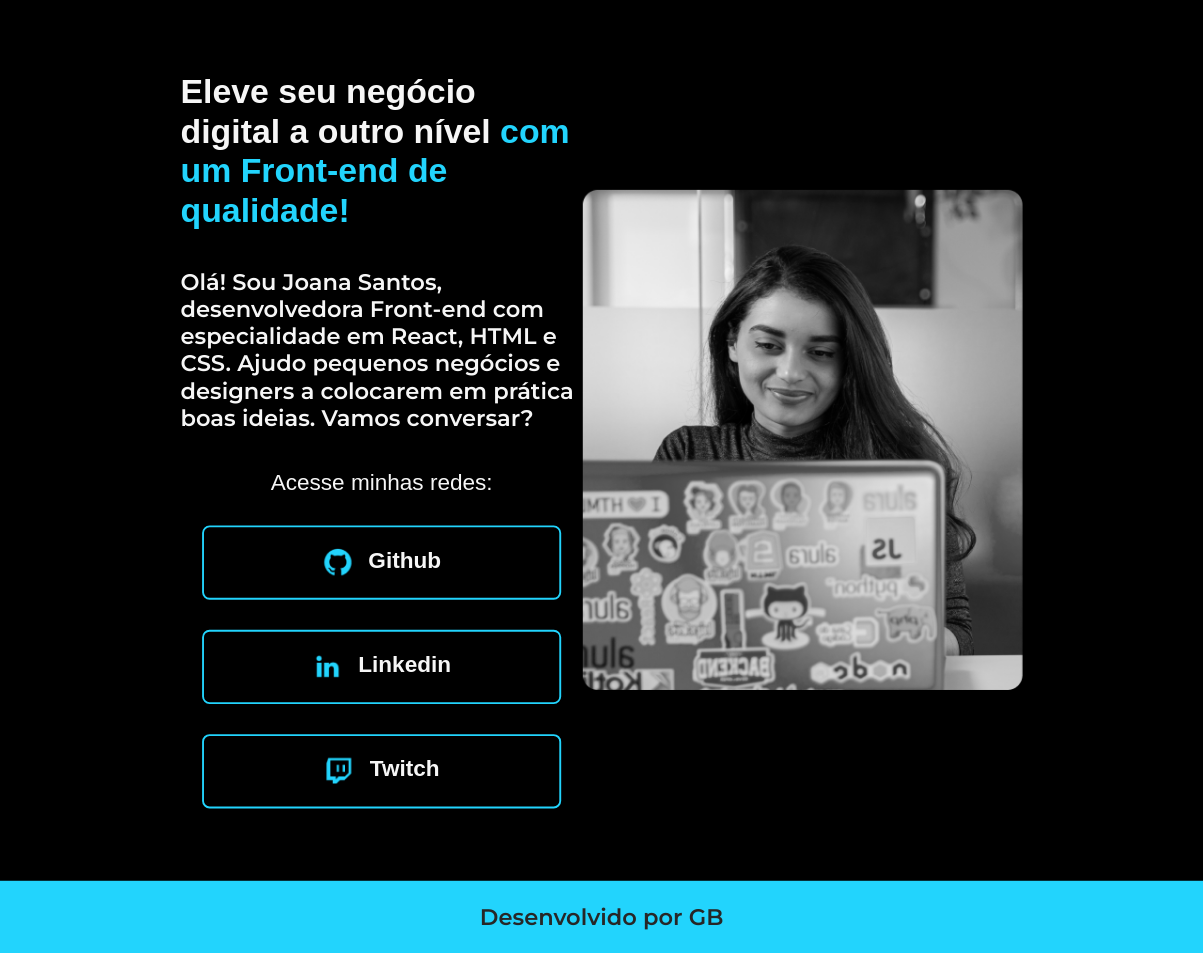
Repository: YoungAkira/CursoHtmlCss
Page: index.html
The author's editor kept a copy of each file at every save. The page is drawn from the files as they stood at one save, then again after the next save.
The browser window is 1280 px wide. The pictures show the whole page, at 94% of full size.
Some web fonts or font styles are not loaded; a fallback is used.

Above is the page before, as saved 2023-05-15 11:27:34.

### index.html
<!--ESSE PROJETO NÃO É DE MINHA AUTORIA, APENAS UTILIZO-O PARA FINS DIDÁTICOS-->
<!--CREDITOS: ALURA.COM-->

<!DOCTYPE html>
<html lang="pt-br">
<head>
    <meta charset="UTF-8">
    <meta http-equiv="X-UA-Compatible" content="IE=edge">
    <meta name="viewport" content="width=device-width, initial-scale=1.0">
    <title>Portfolio</title>
    <link rel="stylesheet" href="style.css">
</head>
<body>
    <header></header>
    <main class="apresentacao">
            <section class="apresentacao_conteudo">
                 <h1 class="apresentacao_conteudo_titulo">Eleve seu
                    negócio digital a outro nível <strong
                    class="titulo-destaque">com um Front-end de qualidade!</strong></h1>

                    <p class="apresentacao_conteudo_texto"> Olá! Sou Joana Santos, desenvolvedora Front-end
                        com especialidade em React, HTML e CSS. Ajudo
                        pequenos negócios e designers a colocarem em
                        prática boas ideias. Vamos conversar?</p>


                    <div class="apresentacao_links">
                        <h2 class="apresentacao_links_subtitulo">Acesse minhas redes:</h2>

                        <a class="apresentacao-links-link" href="github.com">
                            <img src="assets/github.png">
                            Github
                        </a>

                        <a class="apresentacao-links-link" href="linkedin.com">
                            <img src="./assets/linkedin.png">
                            Linkedin
                        </a>

                        <a class="apresentacao-links-link" href="twitch.tv">
                            <img src="./assets/twitch.png">
                            Twitch


                        </a>



                    </div>

            </section>
                    <img src="/assets/imagem.png" alt="Foto Joana Santos programando">
    </main>


    <footer class="rodape">
        <p>Desenvolvido por GB</p>
    </footer>
</body>
</html>

### style.css
@import url('https://fonts.googleapis.com/css2?family=Krona+One&family=Montserrat:wght@600&display=swap');

*{
    margin: 0;
    padding: 0;
}


body {
    background-color: black;
    box-sizing: border-box;
    color: #F6F6F6;
}


.titulo-destaque {
    color: #22D4FD;
}


.apresentacao{
    display: flex;
    align-items: center;
    justify-content: space-between;
    padding: 6% 15%;
}


.apresentacao_conteudo{
    width: 615px;
    display: flex;
    flex-direction: column;
    gap: 40px;
}


.apresentacao_conteudo_titulo{
    font-size: 36px;
    font-family: 'Krona One',sans-serif;
}


.apresentacao_conteudo_texto{
    font-size: 24px;
    font-family: 'Montserrat',sans-serif;
}


.apresentacao_links{
    display: flex;
    flex-direction: column;
    justify-content: space-between;
    align-items: center;
    gap: 32px;
}


.apresentacao_links_subtitulo{
    font-size: 24px;
    font-family: 'Krona One', sans-serif;
    font-weight: 400;


}


.apresentacao-links-link{
    display: flex;
    justify-content: center;
    gap:16px;
    border: 2px solid #22D4FD;
    width: 378px;
    text-align: center;
    border-radius: 8px;
    font-size: 24px;
    padding: 21.5px 0;
    text-decoration: none;
    color :#F6F6F6;
    font-family: 'Krona One',sans-serif;
    font-weight: 600;
}


.apresentacao-links-link:hover{
    background-color:#272727;
    padding: 3%;
}


.rodape{
    color: #272727;
    background-color: #22D4FD;
    text-align:center;
    padding: 24PX;
    font-family: 'Montserrat', sans-serif;
    font-size: 24px;
    font-weight: 400;
}

After the next save:
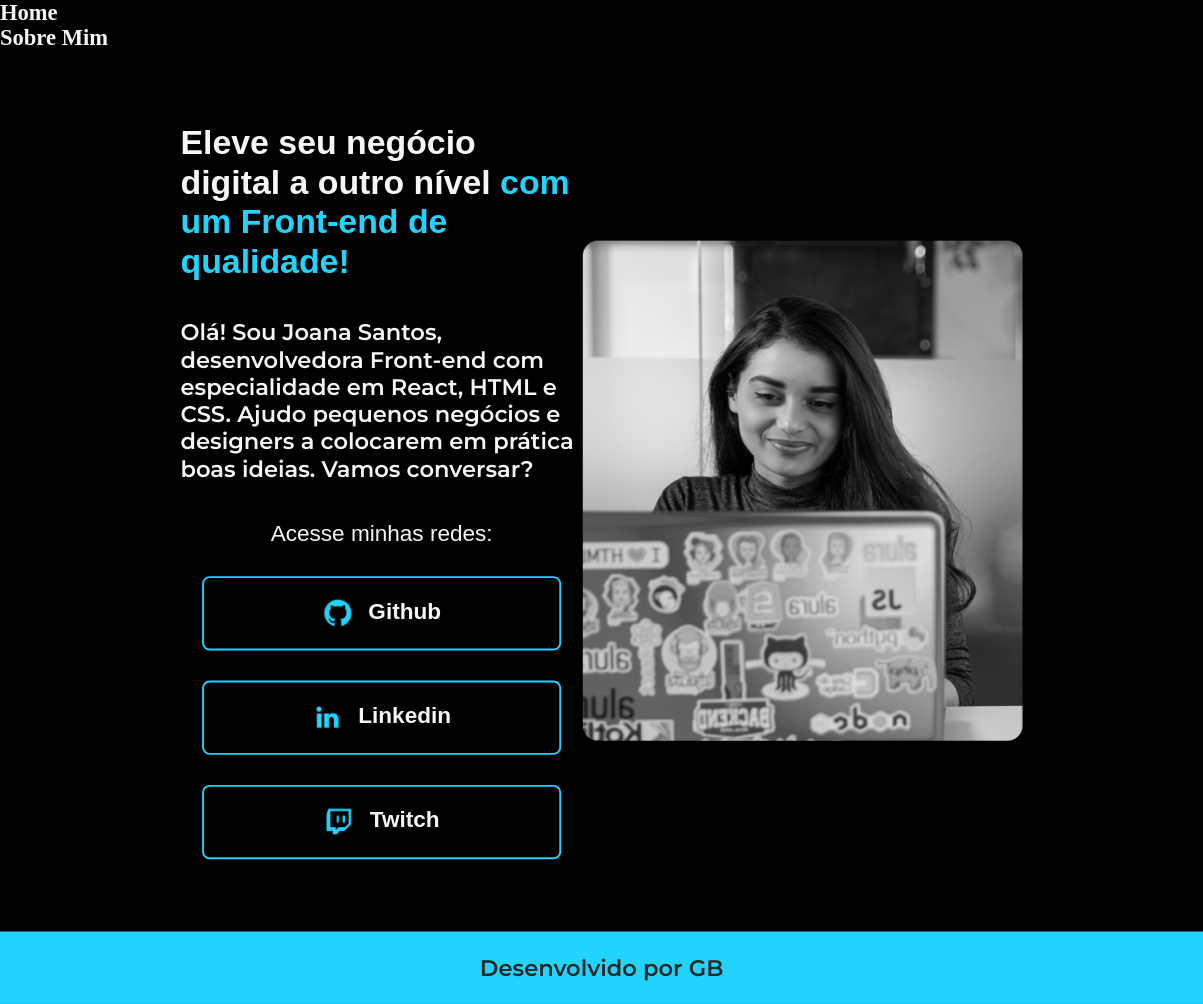
Saved 2 min 45 s later.
--- a/index.html
+++ b/index.html
@@ -11,7 +11,10 @@
     <link rel="stylesheet" href="style.css">
 </head>
 <body>
-    <header></header>
+    <header>
+        <h2>Home</h2>
+        <h2>Sobre Mim</h2>
+    </header>
     <main class="apresentacao">
             <section class="apresentacao_conteudo">
                  <h1 class="apresentacao_conteudo_titulo">Eleve seu
